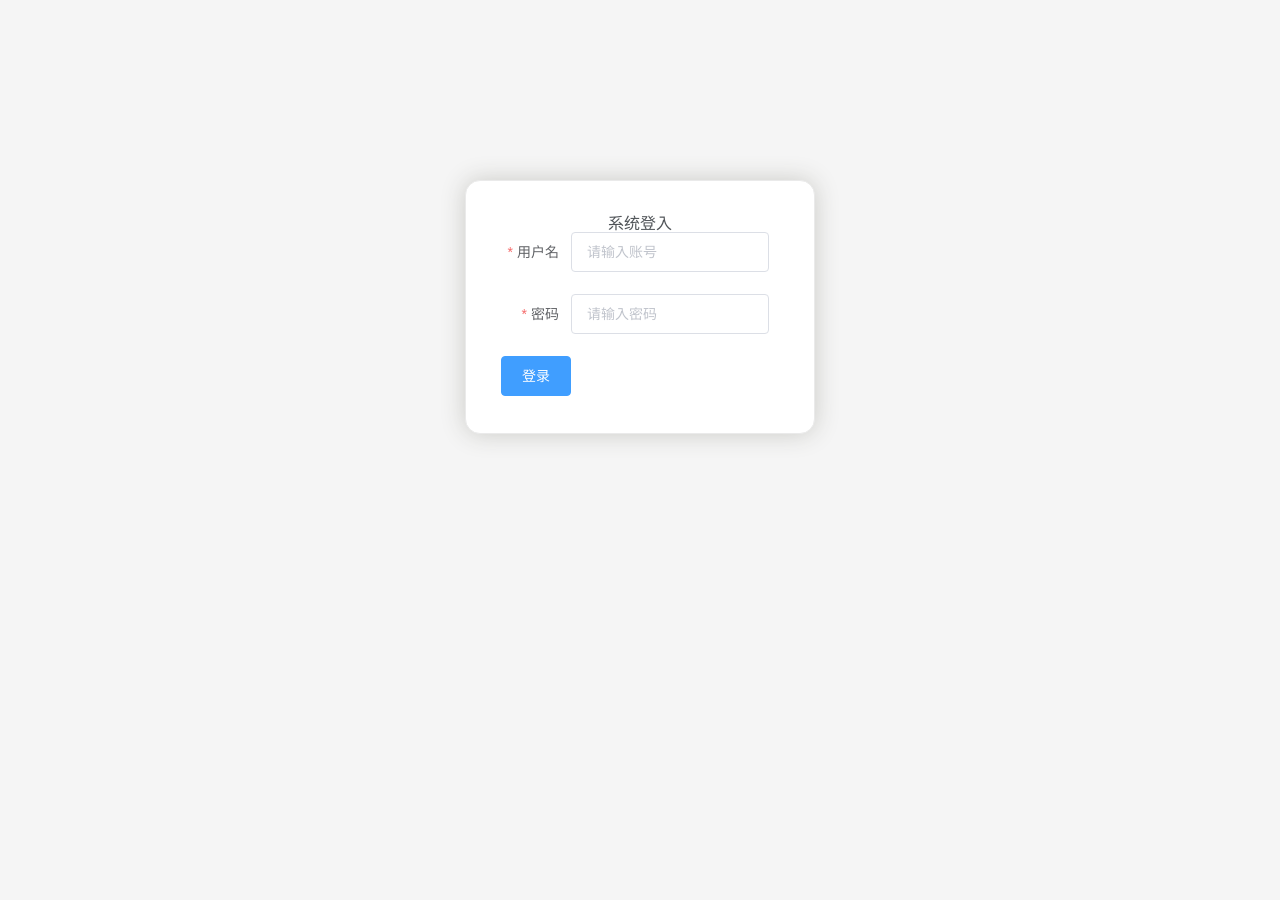
Repository: wangtao20230308/-
Page: /login
These files come from the project's save history. The page is drawn as it stood at one moment and after the next save; the edit follows.
The browser window is 1280 px wide. The pictures show the whole page.
The project was rebuilt for these pictures with package versions that can differ from the ones it lists, and the page was loaded fresh each time. Also part of the build but not shown: src/components/CommonAside.vue, src/components/CommonHeader.vue, src/components/commonTag.vue, src/views/Main.vue, src/utils/requst.js, src/api/index.js, src/views/Home.vue, src/views/User.vue and 3 more.

Above is the page before, as saved 2023-03-27 14:59:26.

### src/main.js
import Vue from 'vue'
import App from './App.vue'
// //element-ui全局引入
// import ElementUI from 'element-ui';
// import 'element-ui/lib/theme-chalk/index.css';
// //element-ui转换成一个插件
// Vue.use(ElementUI);

//ele按需导入
import {
  Pagination,
  MessageBox,
  DatePicker,
  Select,
  Option,
  Form,
  FormItem,
  Input,
  Dialog,
  Tag,
  Breadcrumb,
  BreadcrumbItem,
  Table,
  TableColumn,
  Col,
  Row,
  Card,
  Button,
  Radio,
  Container,
  Aside,
  Header,
  Main,
  Menu,
  Submenu,
  MenuItemGroup,
  MenuItem,
  Dropdown,
  DropdownMenu,
  DropdownItem,
} from 'element-ui'
import 'element-ui/lib/theme-chalk/index.css'
import './assets/less/index.less'
Vue.use(Button)
Vue.use(Radio)
Vue.use(Container)
Vue.use(Aside)
Vue.use(Header)
Vue.use(Main)
Vue.use(Menu)
Vue.use(Submenu)
Vue.use(MenuItemGroup)
Vue.use(MenuItem)
Vue.use(Dropdown)
Vue.use(DropdownMenu)
Vue.use(DropdownItem)
Vue.use(Card)
Vue.use(Row)
Vue.use(Col)
Vue.use(Table)
Vue.use(TableColumn)
Vue.use(Breadcrumb)
Vue.use(BreadcrumbItem)
Vue.use(Tag)
Vue.use(Dialog)
Vue.use(Form)
Vue.use(FormItem)
Vue.use(Input)
Vue.use(Select)
Vue.use(Option)
Vue.use(DatePicker)
Vue.use(Pagination)

Vue.component(MessageBox.name, MessageBox) // 全局注册组件， 若使用Vue.use()会再初始时候执行一次，有bug
Vue.prototype.$message = MessageBox // 挂载到vm实例上
Vue.prototype.$confirm = MessageBox // 挂载到vm实例上

//路由引入
import router from './router'
import store from './store'
import './api/mock'

Vue.config.productionTip = false

new Vue({
  router,
  store, //把store挂载到vue实例上
  render: (h) => h(App),
}).$mount('#app')

### src/App.vue
<template>
  <div id="app">
    <router-view></router-view>
  </div>
</template>

<script>
//import HelloWorld from './components/HelloWorld.vue'

export default {
  name: 'App',
  components: {
    //HelloWorld
  },
}
</script>

<style lang="less">
html,
body,
h3,
p {
  padding: 0;
  margin: 0;
}
#app {
  height: 100vh;
}
</style>

### src/router/index.js
//import { hasOwnMetadata } from 'core-js/fn/reflect'
import Vue from 'vue'
import VueRouter from 'vue-router'
import Main from '../views/Main.vue'
import Home from '../views/Home.vue'
import User from '../views/User.vue'
import Mall from '../views/Mall.vue'
import PageOne from '../views/PageOne.vue'
import PageTwo from '../views/PageTwo.vue'
import Login from '../views/Login.vue'

Vue.use(VueRouter)

const routes = [
  //主路由
  {
    path: '/',
    name: 'Main',
    //按需引入组件
    //原型：component: import()
    component: Main,
    redirect: '/home',
    children: [
      //子路由（嵌套路由）
      {
        //首页
        path: 'home',
        name: 'home',
        component: Home,
      },
      {
        //用户页
        path: 'user',
        name: 'user',
        component: User,
      },
      {
        //商品管理
        path: 'mall',
        name: 'mall',
        component: Mall,
      },
      {
        //页面1
        path: 'page1',
        name: 'page1',
        component: PageOne,
      },
      {
        //页面2
        path: 'page2',
        name: 'page2',
        component: PageTwo,
      },
      // {
      //   path: '/user',
      //   name: 'user',
      //   //按需引入组件
      //   //原型：component: import()
      //   component: () => import('../views/User')
      // }
    ],
  },
  //登入页面Login
  {
    path: '/login',
    name: 'login',
    component: Login,
  },
]

// new VueRouter({
//   mode: 'history',
// })
const router = new VueRouter({
  mode: 'history',
  routes,
})

//导出路由
export default router

### src/store/index.js
import Vue from 'vue'
import Vuex from 'vuex'
import tab from './tab'

//全局注入状态管理vuex
Vue.use(Vuex)

//创建vuex的实例
export default new Vuex.Store({
  modules: {
    tab,
  },
})

### src/api/mock.js
import Mock from 'mockjs'
import homeApi from './mockServeData/home'
import user from './mockServeData/user'

//定义mock请求拦截
// Mock.mock('/api/home/getData', 'get', function () {
//   //拦截到请求后的处理逻辑
//   console.log('拦截到了')
//   return 1
// })
Mock.mock('/api/home/getData', 'get', homeApi.getStatisticalData)

//用户列表的数据
Mock.mock('/api/user/add', 'post', user.createUser) //新增
Mock.mock('/api/user/edit', 'post', user.updateUser) //编辑
Mock.mock('/api/user/del', 'post', user.deleteUser) //删除
Mock.mock(/api\/user\/getUser/, 'get', user.getUserList) //获取表格数据

### src/assets/less/home.less
.home {
    .user {
      display: flex;
      align-items: center;
      padding-bottom: 20px;
      margin-bottom: 20px;
      border-bottom: 1px solid #ccc;
      img {
        width: 150px;
        height: 150px;
        border-radius: 50%;
        margin-right: 40px;
      }
      &info {
        .name {
          font-size: 32px;
          margin-bottom: 10px;
        }
        .access {
          color: #999999;
        }
      }
    }
    .login-info {
      p {
        line-height: 28px;
        font-size: 14px;
        color: #999999;
        span {
          color: #666666;
          margin-left: 60px;
        }
      }
    }
    .num {
      display: flex;
      flex-wrap: wrap;
      justify-content: space-between;
      .el-card {
        width: 32%;
        margin-bottom: 20px;
      }
      .icon {
        font-size: 30px;
        width: 80px;
        height: 80px;
        text-align: center;
        line-height: 80px;
        color: #fff;
      }
      .detail {
        margin-left: 15px;
        display: flex;
        flex-direction: column;
        justify-content: center;
        .num {
          font-size: 30px;
          margin-bottom: 10px;
        }
        .txt {
          font-size: 14px;
          text-align: center;
          color: #999999;
        }
      }
    }
    .graph {
      margin-top: 20px;
      display: flex;
      justify-content: space-between;
      .el-card {
        width: 48%;
      }
    }
  }

### src/views/Login.vue
<template>
  <div>
    <el-form :model="form" :rules="rules" :inline="true" class="login_container" label-width="70px">
      <h3 class="login_title">系统登入</h3>
      <el-form-item label="用户名" prop="userName">
        <el-input placeholder="请输入账号" v-model="form.userName"></el-input>
      </el-form-item>
      <el-form-item label="密码" prop="passWord">
        <el-input placeholder="请输入密码" v-model="form.passWord" type="password"></el-input>
      </el-form-item>
      <el-form-item>
        <el-button type="primary" @click="onSubmit">登录</el-button>
      </el-form-item>
    </el-form>
  </div>
</template>

<script>
export default {
  data() {
    return {
      form: {
        userName: '',
        passWord: '',
      },
      rules: {
        userName: [{ required: true, message: '请输入用户名', trigger: 'blur' }],
        passWord: [{ required: true, message: '请输入密码', trigger: 'blur' }],
      },
    }
  },
}
</script>

<style lang="less" scoped>
.login_container {
  width: 350px;
  border: 1px solid #eaeaea;
  margin: 180px auto;
  background-color: #fff;
  border-radius: 15px;
  box-shadow: 0 0 25px #cacac6;
  padding: 35px 35px 15px 35px;
  box-sizing: border-box;
  .el-input {
    width: 198px;
  }
  .login_title {
    text-align: center;
    color: #505458;
  }
}
</style>

### src/store/tab.js
//用来管理菜单的数据
export default {
  state: {
    isCollapse: false, // 控制菜单的展开还是收起
    tabsList: [
      {
        path: '/',
        name: 'home',
        label: '首页',
        icon: 's-home',
        url: 'Home/Home',
      },
    ], //面包屑数据
  },
  mutations: {
    //修改菜单展开收起的方法
    collapseMenu(state) {
      state.isCollapse = !state.isCollapse
    },
    //更新面包屑数据
    selectMenu(state, val) {
      //判断添加的数据是否为首页
      if (val.name !== 'home') {
        const index = state.tabsList.findIndex((item) => item.name === val.name)
        //如果不存在
        if (index === -1) {
          state.tabsList.push(val)
        }
      }
    },
    //删除指定的tag数据
    closeTag(state, item) {
      console.log(item, 'item')
      const index = state.tabsList.findIndex((val) => val.name === item.name)
      state.tabsList.splice(index, 1)
    },
  },
}

### src/api/mockServeData/home.js
// mock数据模拟
import Mock from 'mockjs'

// 图表数据
let List = []
export default {
  getStatisticalData: () => {
    //Mock.Random.float 产生随机数100到8000之间 保留小数 最小0位 最大0位
    for (let i = 0; i < 7; i++) {
      List.push(
        Mock.mock({
          苹果: Mock.Random.float(100, 8000, 0, 0),
          vivo: Mock.Random.float(100, 8000, 0, 0),
          oppo: Mock.Random.float(100, 8000, 0, 0),
          魅族: Mock.Random.float(100, 8000, 0, 0),
          三星: Mock.Random.float(100, 8000, 0, 0),
          小米: Mock.Random.float(100, 8000, 0, 0),
        })
      )
    }
    return {
      code: 20000,
      data: {
        // 饼图
        videoData: [
          {
            name: '小米',
            value: 2999,
          },
          {
            name: '苹果',
            value: 5999,
          },
          {
            name: 'vivo',
            value: 1500,
          },
          {
            name: 'oppo',
            value: 1999,
          },
          {
            name: '魅族',
            value: 2200,
          },
          {
            name: '三星',
            value: 4500,
          },
        ],
        // 柱状图
        userData: [
          {
            date: '周一',
            new: 5,
            active: 200,
          },
          {
            date: '周二',
            new: 10,
            active: 500,
          },
          {
            date: '周三',
            new: 12,
            active: 550,
          },
          {
            date: '周四',
            new: 60,
            active: 800,
          },
          {
            date: '周五',
            new: 65,
            active: 550,
          },
          {
            date: '周六',
            new: 53,
            active: 770,
          },
          {
            date: '周日',
            new: 33,
            active: 170,
          },
        ],
        // 折线图
        orderData: {
          date: ['20191001', '20191002', '20191003', '20191004', '20191005', '20191006', '20191007'],
          data: List,
        },
        //表格数据
        tableData: [
          {
            name: 'oppo',
            todayBuy: 500,
            monthBuy: 3500,
            totalBuy: 22000,
          },
          {
            name: 'vivo',
            todayBuy: 300,
            monthBuy: 2200,
            totalBuy: 24000,
          },
          {
            name: '苹果',
            todayBuy: 800,
            monthBuy: 4500,
            totalBuy: 65000,
          },
          {
            name: '小米',
            todayBuy: 1200,
            monthBuy: 6500,
            totalBuy: 45000,
          },
          {
            name: '三星',
            todayBuy: 300,
            monthBuy: 2000,
            totalBuy: 34000,
          },
          {
            name: '魅族',
            todayBuy: 350,
            monthBuy: 3000,
            totalBuy: 22000,
          },
        ],
      },
    }
  },
}

### src/api/mockServeData/user.js
import Mock from 'mockjs'

// get请求从config.url获取参数，post从config.body中获取参数
function param2Obj(url) {
  const search = url.split('?')[1]
  if (!search) {
    return {}
  }
  return JSON.parse('{"' + decodeURIComponent(search).replace(/"/g, '\\"').replace(/&/g, '","').replace(/=/g, '":"') + '"}')
}

let List = []
const count = 200

for (let i = 0; i < count; i++) {
  List.push(
    Mock.mock({
      id: Mock.Random.guid(),
      name: Mock.Random.cname(),
      addr: Mock.mock('@county(true)'),
      'age|18-60': 1,
      birth: Mock.Random.date(),
      sex: Mock.Random.integer(0, 1),
    })
  )
}

export default {
  /**
   * 获取列表
   * 要带参数 name, page, limt; name可以不填, page,limit有默认值。
   * @param name, page, limit
   * @return {{code: number, count: number, data: *[]}}
   */
  getUserList: (config) => {
    const { name, page = 1, limit = 20 } = param2Obj(config.url)
    console.log('name:' + name, 'page:' + page, '分页大小limit:' + limit)
    const mockList = List.filter((user) => {
      if (name && user.name.indexOf(name) === -1 && user.addr.indexOf(name) === -1) return false
      return true
    })
    const pageList = mockList.filter((item, index) => index < limit * page && index >= limit * (page - 1))
    return {
      code: 20000,
      count: mockList.length,
      list: pageList,
    }
  },
  /**
   * 增加用户
   * @param name, addr, age, birth, sex
   * @return {{code: number, data: {message: string}}}
   */
  createUser: (config) => {
    const { name, addr, age, birth, sex } = JSON.parse(config.body)
    console.log(JSON.parse(config.body))
    List.unshift({
      id: Mock.Random.guid(),
      name: name,
      addr: addr,
      age: age,
      birth: birth,
      sex: sex,
    })
    return {
      code: 20000,
      data: {
        message: '添加成功',
      },
    }
  },
  /**
   * 删除用户
   * @param id
   * @return {*}
   */
  deleteUser: (config) => {
    const { id } = JSON.parse(config.body)
    if (!id) {
      return {
        code: -999,
        message: '参数不正确',
      }
    } else {
      List = List.filter((u) => u.id !== id)
      return {
        code: 20000,
        message: '删除成功',
      }
    }
  },
  /**
   * 批量删除
   * @param config
   * @return {{code: number, data: {message: string}}}
   */
  batchremove: (config) => {
    let { ids } = param2Obj(config.url)
    ids = ids.split(',')
    List = List.filter((u) => !ids.includes(u.id))
    return {
      code: 20000,
      data: {
        message: '批量删除成功',
      },
    }
  },
  /**
   * 修改用户
   * @param id, name, addr, age, birth, sex
   * @return {{code: number, data: {message: string}}}
   */
  updateUser: (config) => {
    const { id, name, addr, age, birth, sex } = JSON.parse(config.body)
    const sex_num = parseInt(sex)
    List.some((u) => {
      if (u.id === id) {
        u.name = name
        u.addr = addr
        u.age = age
        u.birth = birth
        u.sex = sex_num
        return true
      }
    })
    return {
      code: 20000,
      data: {
        message: '编辑成功',
      },
    }
  },
}

Loaded but not shown: public/index.html (common file); src/assets/less/index.less (common file); src/assets/less/common.less (common file); src/assets/less/reset.less (common file)

After the next save:
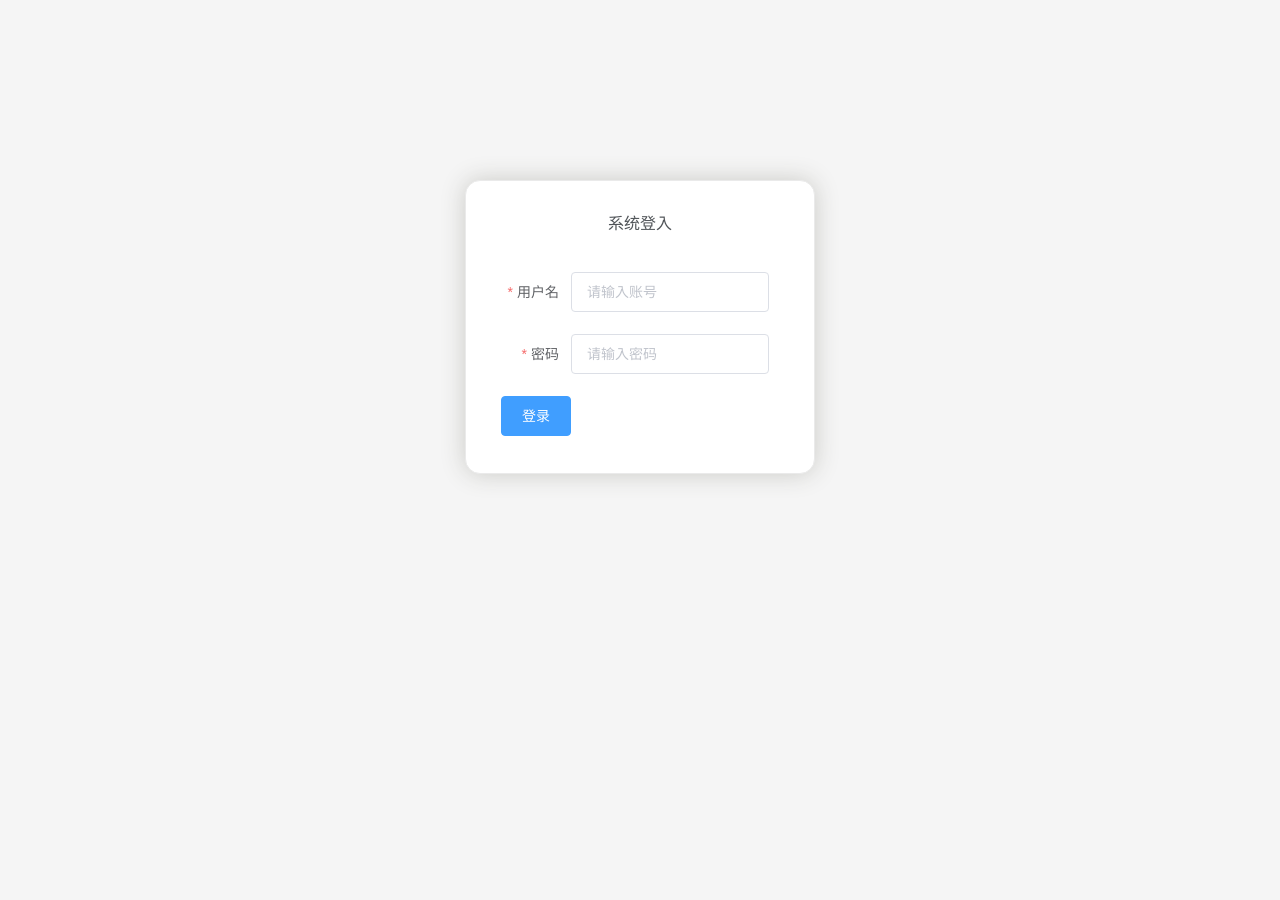
Saved 22 s later.
--- a/src/views/Login.vue
+++ b/src/views/Login.vue
@@ -47,6 +47,7 @@ export default {
   }
   .login_title {
     text-align: center;
+    margin-bottom: 40px;
     color: #505458;
   }
 }
